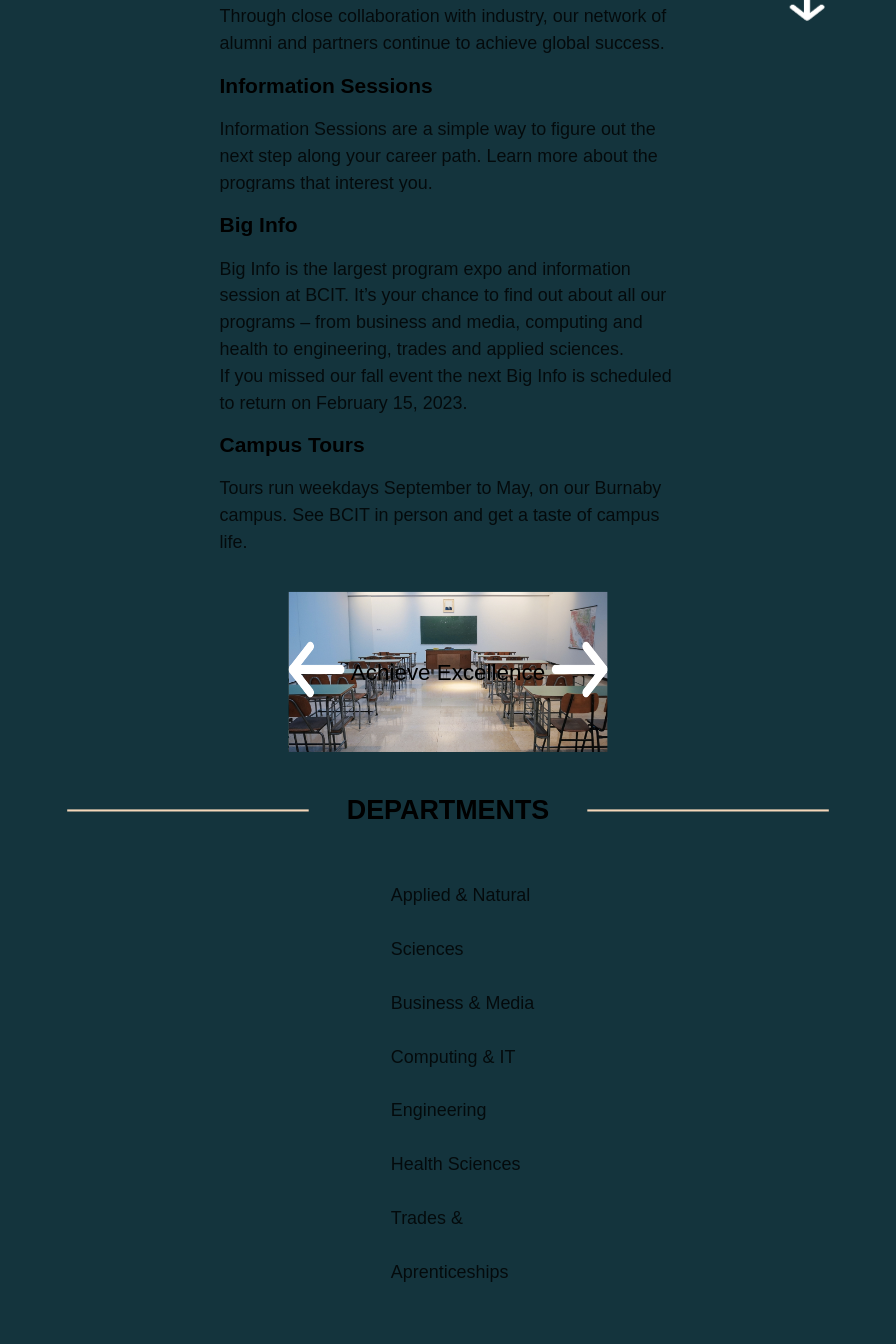
Repository: Kinakopan/playwright_bcit
Page: /about
The author's editor kept a copy of each file at every save. The page is drawn from the files as they stood at one save, then again after the next save.
The browser window is 1280 px wide. The pictures show the part of the page from y = 635 to 2555 px (the page is 2586 px tall), at 70% of full size.
Some web fonts or font styles are not loaded; a fallback is used. The project was rebuilt for these pictures with package versions that can differ from the ones it lists, and the page was loaded fresh each time. The framework's server and built-in components were replaced by stand-ins that run in the browser. Also part of the build but not shown: next.config.js.

Above is the page before, as saved 2023-01-28 14:01:02.

After the next save:
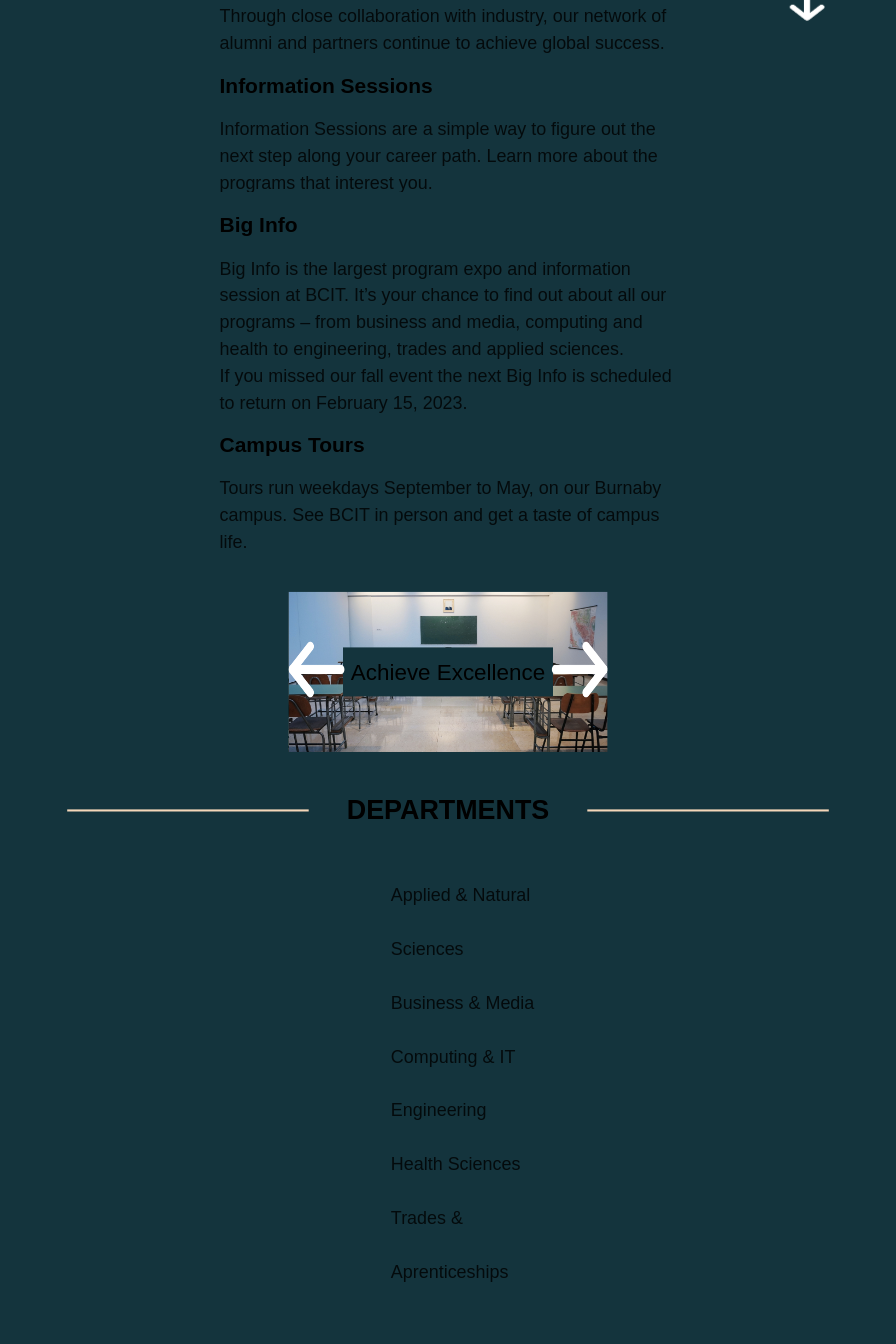
Saved 8 s later.
--- a/styles/Home.module.css
+++ b/styles/Home.module.css
@@ -519,15 +519,10 @@
   transform: translateY(-50%);
 }
 
-.carousel_textBox {
+.carousel_text {
+  font-size: 2rem;
   background: var(--quaternary-color);
   padding: 2.5%;
-  opacity: .5;
-}
-
-.carousel_text {
-  font-size: 2rem;
-  opacity: 1;
 }
 
 .carousel_slide:not(.carousel_active),
